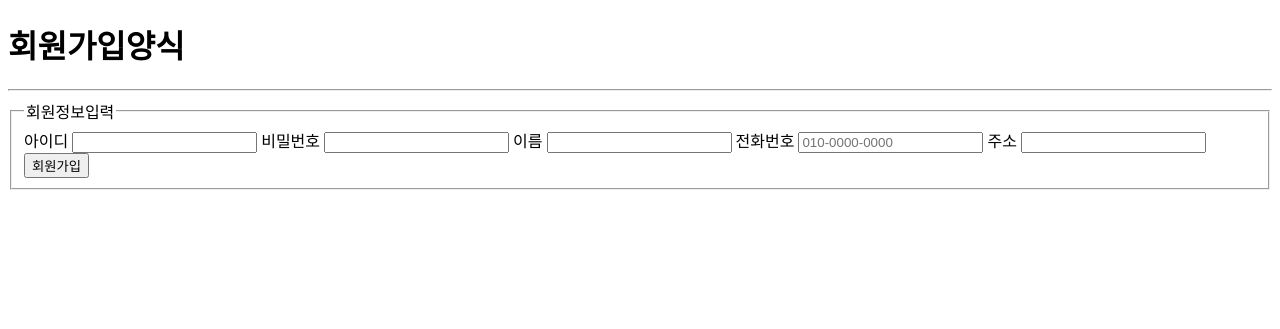
Repository: ParkHyeonju12/servlet
Page: web-workspace/03_dbProject/src/main/webapp/html/joinFrm.html
The author's editor kept a copy of each file at every save. The page is drawn from the files as they stood at one save, then again after the next save.
The browser window is 1280 px wide. The pictures show the whole page.

Above is the page before, as saved 2022-08-30 01:41:16.

After the next save:
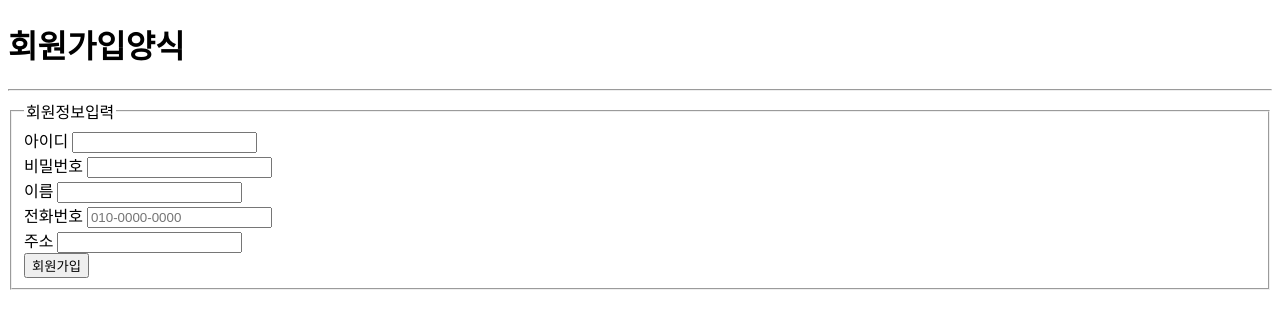
Saved 47 s later.
--- a/web-workspace/03_dbProject/src/main/webapp/html/joinFrm.html
+++ b/web-workspace/03_dbProject/src/main/webapp/html/joinFrm.html
@@ -11,15 +11,15 @@
 		<fieldset>
 			<legend>회원정보입력</legend>
 			<label for="memberId">아이디</label>
-			<input type="text" name="memberId" id="memberId">
+			<input type="text" name="memberId" id="memberId"><br>
 			<label for="memberPw">비밀번호</label>
-			<input type="password" name="memberPw" id="memberPw">
+			<input type="password" name="memberPw" id="memberPw"><br>
 			<label for="memberName">이름</label>
-			<input type="text" name="memberName" id="memberName">
+			<input type="text" name="memberName" id="memberName"><br>
 			<label for="memberPhone">전화번호</label>
-			<input type="text" name="memberPhone" id="memberPhone" placeholder="010-0000-0000">
+			<input type="text" name="memberPhone" id="memberPhone" placeholder="010-0000-0000"><br>
 			<label for="memberAddr">주소</label>
-			<input type="text" name="memberAddr" id="memberAddr">
+			<input type="text" name="memberAddr" id="memberAddr"><br>
 			<input type="submit" value="회원가입">
 		</fieldset>
 	</form>
